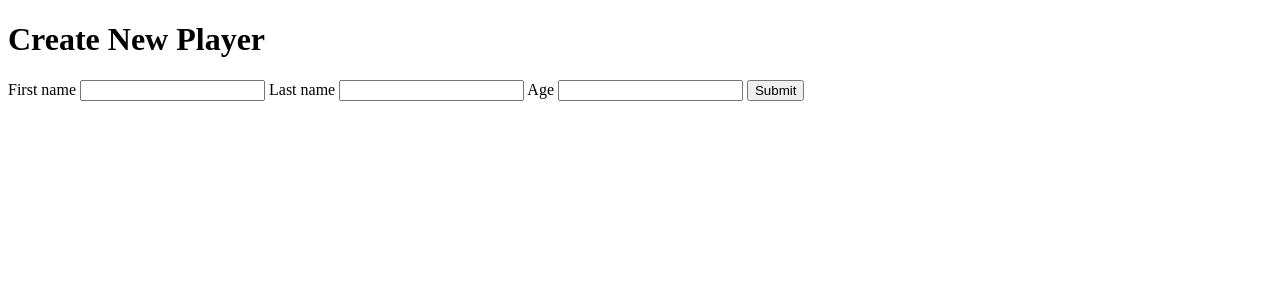
Repository: harshithamagani/Java-Basics
Page: http://localhost/team-roster/player
These files come from the project's save history. The page is drawn as it stood at one moment and after the next save; the edit follows.
The browser window is 1280 px wide. The pictures show the whole page.
The page is served by Tomcat 9.

Above is the page before, as saved 2019-11-06 02:37:14.

After the next save:
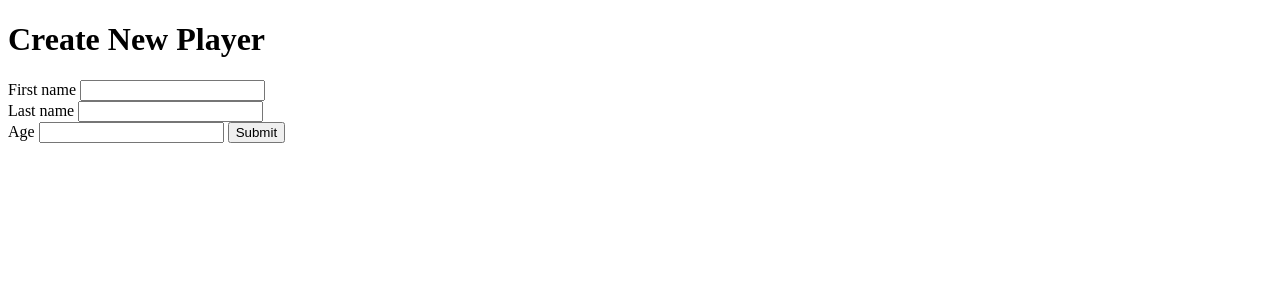
Saved 27 s later.
--- a/team-roster/WebContent/WEB-INF/createPlayerForm.jsp
+++ b/team-roster/WebContent/WEB-INF/createPlayerForm.jsp
@@ -11,11 +11,11 @@
 	<h1>Create New Player</h1>
 		<form action="/team-roster/team" method="post">
 			  <label>First name</label>
-			  <input name="first-name" type="text">
+			  <input name="first-name" type="text"><br>
 			  <label>Last name</label>
-			  <input name="last-name" type="text">
+			  <input name="last-name" type="text"><br>
 			  <label>Age</label>
-			  <input name="number" type="text">
+			  <input name="age" type="text">
 			  <input name="submit" value="Submit" type="submit">
 		</form>
 	</div>
